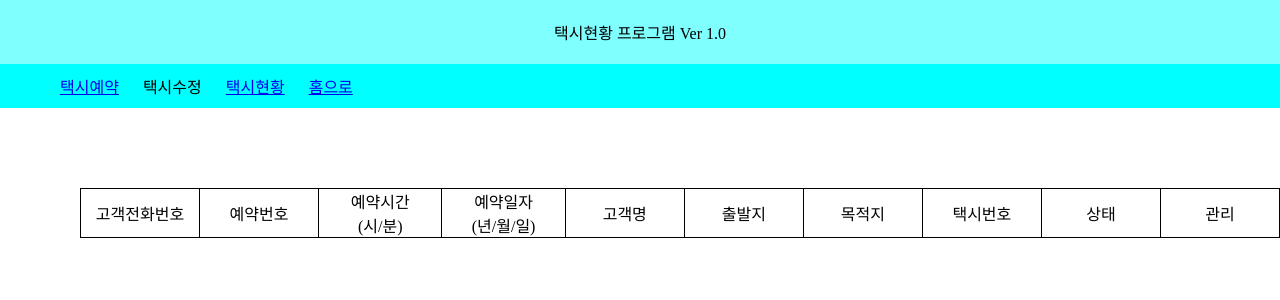
Repository: juntae710/acorn_web
Page: http://localhost/prj0828/택시/list.jsp
These files come from the project's save history. The page is drawn as it stood at one moment and after the next save; the edit follows.
The browser window is 1280 px wide. The pictures show the whole page.
The page is served by Tomcat 9. Queries for data that is not in the repository find no rows.

Above is the page before, as saved 2023-08-29 05:06:26.

After the next save:
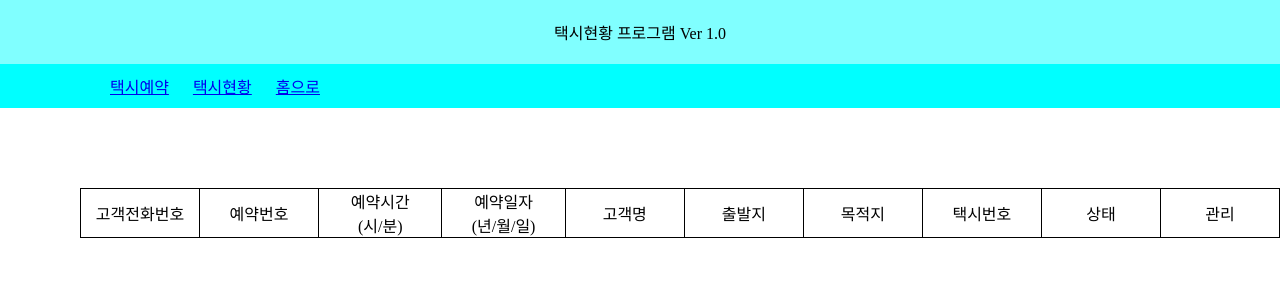
Saved 70 s later.
--- a/prj0828/src/main/webapp/택시/list.jsp
+++ b/prj0828/src/main/webapp/택시/list.jsp
@@ -33,10 +33,12 @@ td {
 	<header> 택시현황 프로그램 Ver 1.0 </header>
 	<nav>
 		<ul>
+			<ul>
 			<li><a href="택시예약.jsp">택시예약</a></li>
-			<li>택시수정</li>
 			<li><a href="list.jsp">택시현황</a></li>
 			<li><a href="index.jsp">홈으로</a></li>
+		</ul>
+
 		</ul>
 
 	</nav>
